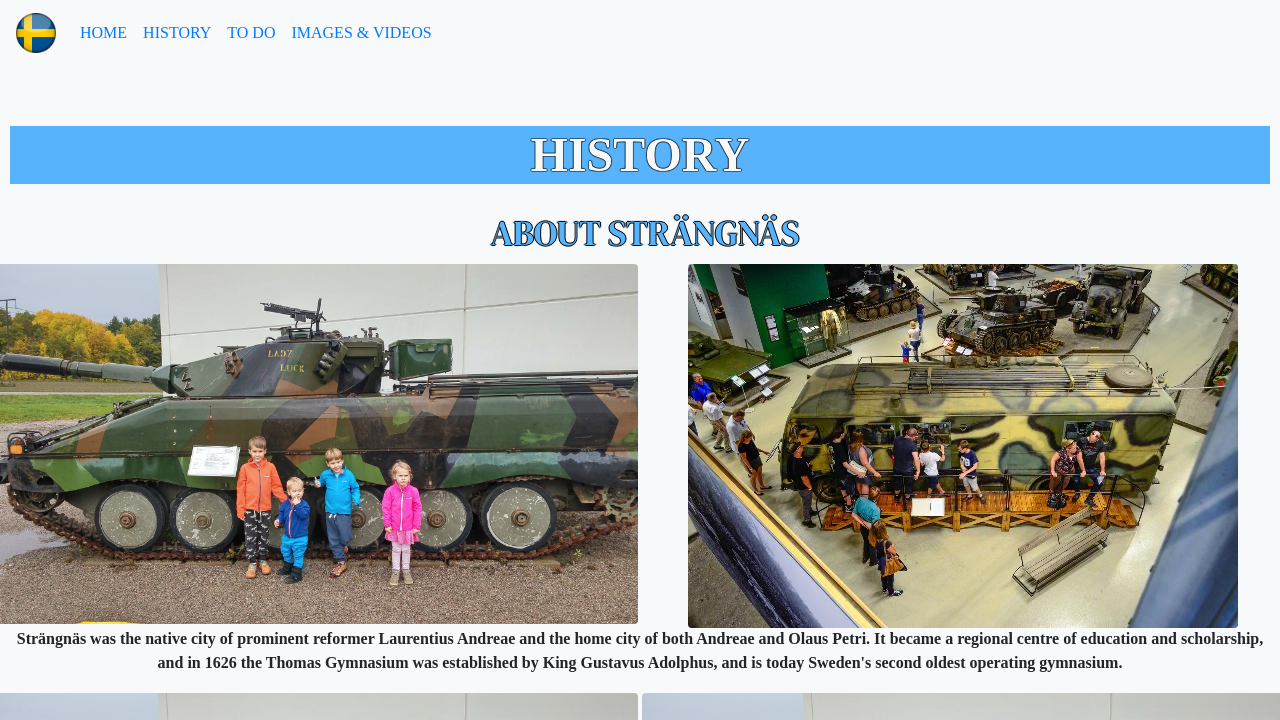
Repository: kososwede/first-project
Page: history.html
The author's editor kept a record of every edit. The page is drawn from the files as they stood at one moment, then again after the next edit.
The browser window is 1280 px wide. The pictures show the whole page.
An inner scrolling area shows only its first screen. Some web fonts or font styles are not loaded; a fallback is used.

Above is the page before.

After the next edit:
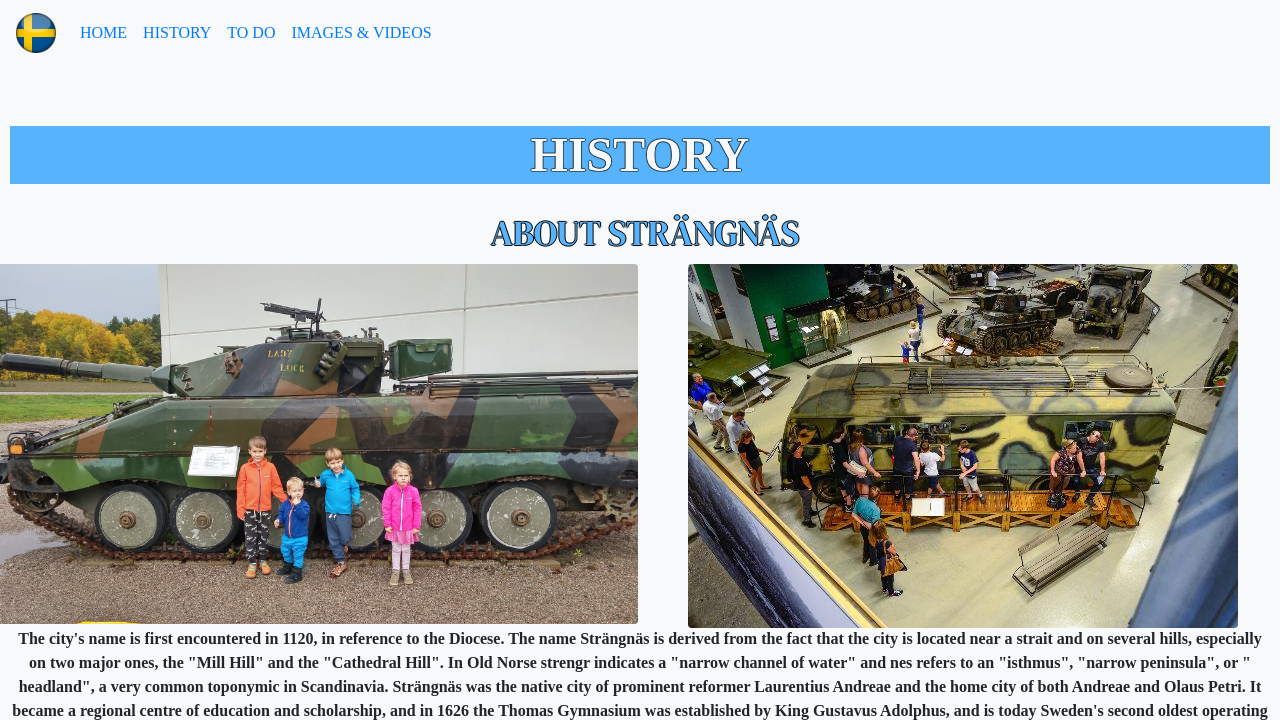
The edit:
--- a/history.html
+++ b/history.html
@@ -49,7 +49,7 @@
         <img src="assets/images/arsenalen2.jpg" class="rounded float-center img-fluid"></img>
       </div>
       <div class="col-12">
-        <p>Strängnäs was the native city of prominent reformer Laurentius Andreae and the home city of both Andreae and Olaus Petri. It became a regional centre of education and scholarship, and in 1626 the Thomas Gymnasium was established by King Gustavus
+        <p>The city's name is first encountered in 1120, in reference to the Diocese. The name Strängnäs is derived from the fact that the city is located near a strait and on several hills, especially on two major ones, the "Mill Hill" and the "Cathedral Hill". In Old Norse strengr indicates a "narrow channel of water" and nes refers to an "isthmus", "narrow peninsula", or " headland", a very common toponymic in Scandinavia. Strängnäs was the native city of prominent reformer Laurentius Andreae and the home city of both Andreae and Olaus Petri. It became a regional centre of education and scholarship, and in 1626 the Thomas Gymnasium was established by King Gustavus
           Adolphus, and is today Sweden's second oldest operating gymnasium.
         </p>
       </div>
